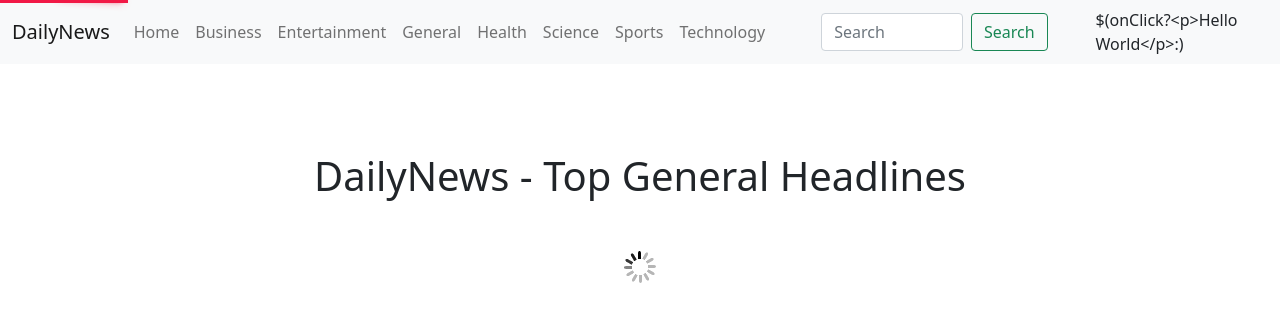
Repository: Bikki084/Daily_News
Page: /
An editor plug-in stored every save of this project. The page is shown before and after a run of saves, followed by the edit.
The browser window is 1280 px wide. The pictures show the whole page.
The page's requests for data from a server got no answer. The project was rebuilt for these pictures with package versions that can differ from the ones it lists, and the page was loaded fresh each time. No one was signed in, and anything a server would have sent is missing. Also part of the build but not shown: src/App.css, src/components/NewsItem.js.

Above is the page before, as saved 2021-12-22 02:42:04.

After the next 3 saves:
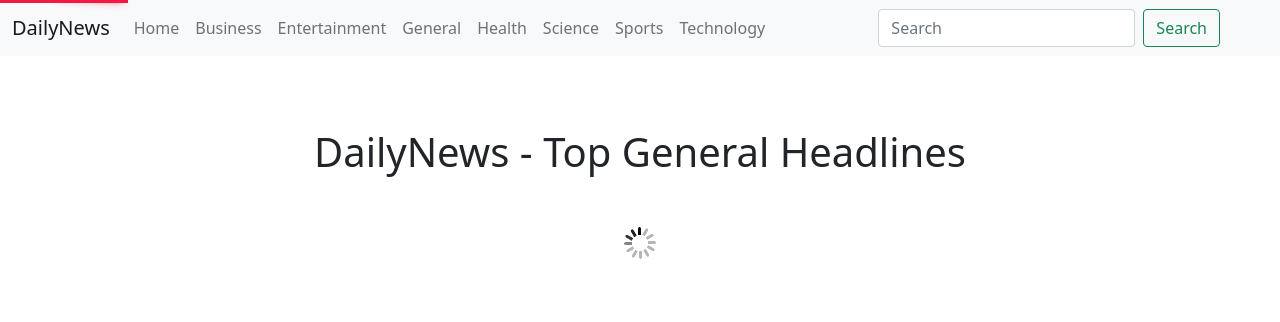
The 3 saves are shown as one change because they came seconds apart.
The last was saved 13 s later.
--- a/src/components/Search.js
+++ b/src/components/Search.js
@@ -22,8 +22,9 @@ const Search = () => {
                 <button className="btn btn-outline-success" onClick = {change} type="submit">Search</button>
             </form>
 
+        {}
         </div>
-          {`$(onClick?<p>Hello World</p>:)`}
+
         <div>
 
         </div>
